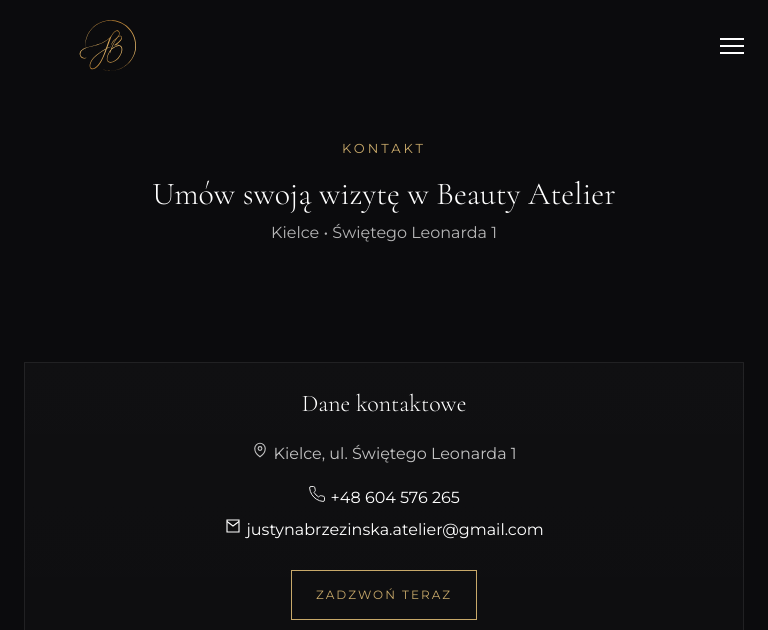
Repository: justynabrzezinskaatelier-bot/justynabrzezinska
Page: /kontakt
An editor plug-in stored every save of this project. The page is shown before and after the next save, followed by the edit.
The browser window is 768 px wide. The pictures show the part of the page from y = 0 to 630 px (the page is 1069 px tall before and 1009 px after).
Pictures or frames that could not be fetched are drawn as grey boxes. The project was rebuilt for these pictures with package versions that can differ from the ones it lists, and the page was loaded fresh each time. The framework's server and built-in components were replaced by stand-ins that run in the browser. Also part of the build but not shown: next.config.ts.

Above is the page before, as saved 2026-05-08 18:51:17.

### src/app/layout.tsx
import type { Metadata, Viewport } from "next";
import { Cormorant_Garamond, Montserrat } from "next/font/google";
import Navbar from "@/components/Navbar/Navbar";

import "@/styles/globals.css";

const cormorant = Cormorant_Garamond({
  subsets: ["latin"],
  variable: "--font-heading",
});

const montserrat = Montserrat({
  subsets: ["latin"],
  variable: "--font-body",
});

export const metadata: Metadata = {
  title: "Justyna Brzezińska Beauty Atelier",
  description:
    "Makijaż i stylizacja włosów w Kielcach. Makeup & Hair Studio.",

  icons: {
    icon: [
      {
        url: "/favicon.ico",
      },
      {
        url: "/favicon.svg",
        type: "image/svg+xml",
      },
      {
        url: "/favicon-96x96.png",
        sizes: "96x96",
        type: "image/png",
      },
    ],

    apple: "/apple-touch-icon.png",

    shortcut: "/favicon.ico",
  },

  manifest: "/site.webmanifest",

  appleWebApp: {
    title: "JB Atelier",
  },
};

export const viewport: Viewport = {
  themeColor: "#0a0a0a",
};

export default function RootLayout({
  children,
}: Readonly<{
  children: React.ReactNode;
}>) {
  return (
    <html lang="pl">
      <body className={`${cormorant.variable} ${montserrat.variable}`}>
        <Navbar />
        {children}
      </body>
    </html>
  );
}

### src/app/kontakt/page.tsx
import styles from "./Kontakt.module.css";

export const metadata = {
    title: "Kontakt | Beauty Atelier Kielce",
    description:
        "Skontaktuj się z Justyna Brzezińska Beauty Atelier w Kielcach. Makijaż ślubny, okolicznościowy i stylizacja włosów.",
};

export default function KontaktPage() {
    return (
        <main className={styles.page}>

            {/* HERO */}
            <section className={styles.hero}>
                <p className={styles.label}>Kontakt</p>

                <h1 className={styles.title}>
                    Umów swoją wizytę w Beauty Atelier
                </h1>

                <p className={styles.subtitle}>
                    Kielce • Świętego Leonarda 1
                </p>
            </section>

            {/* CONTENT */}
            <section className={styles.content}>

                {/* CARD */}
                <div className={styles.card}>
                    <h2>Dane kontaktowe</h2>

                    {/* ADDRESS */}
                    <div className={styles.row}>

                        <p><IconPin /> Kielce, ul. Świętego Leonarda 1</p>
                    </div>

                    {/* PHONE */}
                    <div className={styles.row}>

                        <a href="tel:+48604576265">
                            <IconPhone /> +48 604 576 265
                        </a>
                    </div>

                    {/* EMAIL */}
                    <div className={styles.row}>

                        <a
                            href="mailto:justynabrzezinska.atelier@gmail.com?subject=Rezerwacja wizyty Beauty Atelier&body=Dzień dobry,%0D%0AChciałabym umówić wizytę."
                        >
                            <IconMail /> justynabrzezinska.atelier@gmail.com
                        </a>
                    </div>

                    <a className={styles.cta} href="tel:+48604576265">
                        Zadzwoń teraz
                    </a>
                </div>

                {/* MAP */}
                <div className={styles.mapWrapper}>
                    <iframe
                        title="Beauty Atelier Kielce"
                        src="https://www.google.com/maps/embed?pb=!1m18!1m12!1m3!1d2517.940894662408!2d20.63242807581087!3d50.86929395711909!2m3!1f0!2f0!3f0!3m2!1i1024!2i768!4f13.1!3m3!1m2!1s0x47182788135d02d9%3A0x621e00686da80630!2sJustyna%20Brzezi%C5%84ska%20Beauty%20Atelier%20-%20Make%20Up%20%26%20Hair%20Studio!5e0!3m2!1spl!2spl!4v1778258333331!5m2!1spl!2spl"
                        loading="lazy"
                        referrerPolicy="no-referrer-when-downgrade"
                        allowFullScreen
                    />
                </div>

            </section>
        </main>
    );
}
function IconPin() {
    return (
        <svg width="18" height="18" viewBox="0 0 24 24" fill="none">
            <path
                d="M12 21s7-4.35 7-11a7 7 0 1 0-14 0c0 6.65 7 11 7 11z"
                stroke="currentColor"
                strokeWidth="1.5"
            />
            <circle
                cx="12"
                cy="10"
                r="2.5"
                stroke="currentColor"
                strokeWidth="1.5"
            />
        </svg>
    );
}

function IconPhone() {
    return (
        <svg width="18" height="18" viewBox="0 0 24 24" fill="none">
            <path
                d="M22 16.92v3a2 2 0 0 1-2.18 2
        19.79 19.79 0 0 1-8.63-3.07
        19.5 19.5 0 0 1-6-6
        19.79 19.79 0 0 1-3.07-8.67A2 2 0 0 1 4.11 2h3a2 2 0 0 1 2 1.72
        c.12.86.31 1.7.57 2.5a2 2 0 0 1-.45 2.11L8.09 9.91
        a16 16 0 0 0 6 6l1.58-1.14a2 2 0 0 1 2.11-.45
        c.8.26 1.64.45 2.5.57A2 2 0 0 1 22 16.92z"
                stroke="currentColor"
                strokeWidth="1.2"
            />
        </svg>
    );
}

function IconMail() {
    return (
        <svg width="18" height="18" viewBox="0 0 24 24" fill="none">
            <path
                d="M4 4h16v16H4V4z"
                stroke="currentColor"
                strokeWidth="1.5"
            />
            <path
                d="M4 6l8 6 8-6"
                stroke="currentColor"
                strokeWidth="1.5"
            />
        </svg>
    );
}

### src/components/Navbar/Navbar.tsx
"use client";

import { useEffect, useState } from "react";
import Image from "next/image";
import Link from "next/link";
import styles from "./Navbar.module.css";

const links = [
    { label: "Start", href: "/" },
    { label: "Usługi", href: "/uslugi" },
    { label: "Portfolio", href: "/portfolio" },
    { label: "Opinie", href: "/opinie" },
    { label: "Kontakt", href: "/kontakt" },
];

export default function Navbar() {
    const [isOpen, setIsOpen] = useState(false);
    const [isScrolled, setIsScrolled] = useState(false);

    // SCROLL EFFECT
    useEffect(() => {
        const handleScroll = () => {
            setIsScrolled(window.scrollY > 24);
        };

        handleScroll();

        window.addEventListener("scroll", handleScroll, {
            passive: true,
        });

        return () => {
            window.removeEventListener("scroll", handleScroll);
        };
    }, []);

    // BODY SCROLL LOCK
    useEffect(() => {
        document.body.style.overflow = isOpen ? "hidden" : "";

        return () => {
            document.body.style.overflow = "";
        };
    }, [isOpen]);

    const closeMenu = () => setIsOpen(false);

    return (
        <>
            <header
                className={`${styles.header} ${isScrolled ? styles.scrolled : ""
                    }`}
            >
                <div className={styles.inner}>

                    {/* LOGO */}
                    <Link
                        href="/"
                        className={styles.logo}
                        aria-label="Justyna Brzezińska Beauty Atelier"
                    >
                        <Image
                            src="/JB-logo.svg"
                            alt="Justyna Brzezińska Beauty Atelier"
                            width={170}
                            height={55}
                            priority
                        />
                    </Link>

                    {/* DESKTOP NAV */}
                    <nav
                        className={styles.nav}
                        aria-label="Nawigacja główna"
                    >
                        {links.map((link) => (
                            <Link
                                key={link.href}
                                href={link.href}
                                className={styles.navLink}
                            >
                                {link.label}
                            </Link>
                        ))}
                    </nav>

                    {/* CTA */}
                    <Link
                        href="/kontakt"
                        className={styles.cta}
                    >
                        Umów wizytę
                    </Link>

                    {/* BURGER */}
                    <button
                        type="button"
                        className={styles.burger}
                        onClick={() => setIsOpen(true)}
                        aria-label="Otwórz menu"
                        aria-expanded={isOpen}
                        aria-controls="mobile-menu"
                    >
                        <span />
                        <span />
                        <span />
                    </button>
                </div>
            </header>

            {/* OVERLAY */}
            {isOpen && (
                <button
                    type="button"
                    aria-label="Zamknij menu"
                    className={styles.overlay}
                    onClick={closeMenu}
                />
            )}

            {/* MOBILE MENU */}
            <aside
                id="mobile-menu"
                className={`${styles.mobileMenu} ${isOpen ? styles.open : ""
                    }`}
                aria-hidden={!isOpen}
            >
                {/* CLOSE */}
                <button
                    type="button"
                    className={styles.close}
                    onClick={closeMenu}
                    aria-label="Zamknij menu"
                >
                    ×
                </button>

                <div className={styles.mobileContent}>

                    {/* MOBILE LOGO */}
                    <Link
                        href="/"
                        className={styles.mobileLogo}
                        onClick={closeMenu}
                        aria-label="Strona główna"
                    >
                        <Image
                            src="/Logo.svg"
                            alt="Logo Beauty Atelier"
                            width={250}
                            height={250}
                            priority
                        />
                    </Link>

                    {/* MOBILE NAV */}
                    <nav
                        className={styles.mobileNav}
                        aria-label="Menu mobilne"
                    >
                        {links.map((link) => (
                            <Link
                                key={link.href}
                                href={link.href}
                                className={styles.mobileLink}
                                onClick={closeMenu}
                            >
                                {link.label}
                            </Link>
                        ))}
                    </nav>

                    {/* MOBILE CTA */}
                    <Link
                        href="/kontakt"
                        className={styles.mobileCTA}
                        onClick={closeMenu}
                    >
                        Umów wizytę
                    </Link>
                </div>
            </aside>
        </>
    );
}

### src/styles/globals.css
* {
  margin: 0;
  padding: 0;
  box-sizing: border-box;
}

:root {
  --background: #0a0a0a;
  --text: #f5f5f5;

  --gold: #c6a769;
  --gold-light: #e2c78f;

  --pink: #d8b4b4;

  --container: 1280px;

  --font-heading: serif;
  --font-body: sans-serif;
}

html {
  scroll-behavior: smooth;
}

body {
  background: var(--background);
  color: var(--text);
  font-family: var(--font-body);
}

h1,
h2,
h3,
h4 {
  font-family: var(--font-heading);
  font-weight: 500;
  line-height: 1.1;
}

img {
  max-width: 100%;
  display: block;
}

button,
input,
textarea {
  font: inherit;
}

a {
  color: inherit;
  text-decoration: none;
}

.container {
  width: 100%;
  max-width: var(--container);
  margin: 0 auto;
  padding: 0 24px;
}

### src/app/kontakt/Kontakt.module.css
.page {
    background: #0b0b0d;
    color: white;
    min-height: 100vh;
}

/* HERO */
.hero {
    padding: 140px 24px 60px;
    text-align: center;
}

.label {
    color: #c8a96a;
    letter-spacing: 3px;
    text-transform: uppercase;
    font-size: 13px;
}

.title {
    font-size: 44px;
    font-weight: 300;
    margin-top: 20px;
}

.subtitle {
    margin-top: 12px;
    color: rgba(255, 255, 255, 0.7);
}

/* CONTENT */
.content {
    max-width: 1100px;
    margin: 0 auto;
    padding: 60px 24px;

    display: grid;
    grid-template-columns: 1fr 1fr;
    gap: 40px;
}

/* CARD */
.card {
    border: 1px solid rgba(255, 255, 255, 0.08);
    padding: 40px;
    background: linear-gradient(180deg,
            rgba(255, 255, 255, 0.02),
            rgba(255, 255, 255, 0.01));
}

.card h2 {
    font-size: 24px;
    margin-bottom: 20px;
    font-weight: 300;
}

.card p {
    margin-bottom: 12px;
    color: rgba(255, 255, 255, 0.75);
}

.cta {
    display: inline-block;
    margin-top: 24px;
    padding: 12px 24px;
    border: 1px solid #c8a96a;
    color: #c8a96a;
    text-transform: uppercase;
    letter-spacing: 2px;
    font-size: 12px;
}

/* MAP */
.mapWrapper {
    position: relative;
    width: 100%;
    height: 480px;

    border-radius: 18px;
    overflow: hidden;

    border: 1px solid rgba(200, 169, 106, 0.25);

    box-shadow:
        0 20px 60px rgba(0, 0, 0, 0.6),
        inset 0 0 40px rgba(200, 169, 106, 0.08);

    transition: transform 0.3s ease, box-shadow 0.3s ease;
}

/* IFRAME */
.mapWrapper iframe {
    width: 100%;
    height: 100%;
    border: 0;

    /* luxury filter */
    filter: grayscale(1) contrast(1.05) brightness(0.95);
    transition: filter 0.4s ease;
}

/* HOVER PREMIUM EFFECT */
.mapWrapper:hover {
    transform: translateY(-4px);
    box-shadow:
        0 30px 80px rgba(0, 0, 0, 0.7),
        0 0 40px rgba(200, 169, 106, 0.12);
}

.mapWrapper:hover iframe {
    filter: grayscale(0.6) contrast(1.1) brightness(1);
}

/* MOBILE */
@media (max-width: 768px) {
    .mapWrapper {
        height: 320px;
        border-radius: 14px;
    }
}

/* MOBILE */
@media (max-width: 900px) {
    .content {
        grid-template-columns: 1fr;
    }

    .card {
        padding: 28px;
        display: flex;
        flex-direction: column;
        align-items: center;
        justify-content: center;
        line-height: 2;
    }

    .title {
        font-size: 32px;
    }
}

### src/components/Navbar/Navbar.module.css
.header {
    position: fixed;
    top: 0;
    width: 100%;
    z-index: 100;
    transition: all 0.3s ease;
}

.scrolled {
    background: rgba(11, 11, 13, 0.6);
    backdrop-filter: blur(12px);
    border-bottom: 1px solid rgba(200, 169, 106, 0.15);
}

.inner {
    max-width: 1200px;
    margin: 0 auto;
    padding: 18px 24px;
    display: flex;
    align-items: center;
    justify-content: space-between;
}

/* LOGO */
.logo {
    display: flex;
    align-items: center;
}

/* NAV */
.nav {
    display: flex;
    gap: 32px;
}

.nav a {
    color: #fff;
    font-size: 14px;
    letter-spacing: 1px;
    text-transform: uppercase;
    opacity: 0.8;
    transition: 0.3s;
}

.nav a:hover {
    opacity: 1;
    color: #c8a96a;
}

/* CTA */
.cta {
    padding: 10px 18px;
    border: 1px solid #c8a96a;
    color: #c8a96a;
    font-size: 13px;
    text-transform: uppercase;
    letter-spacing: 1px;
    transition: 0.3s;
}

.cta:hover {
    background: #c8a96a;
    color: #0b0b0d;
}

/* BURGER */
.burger {
    display: none;
    flex-direction: column;
    gap: 5px;
    background: none;
    border: none;
}

.burger span {
    width: 24px;
    height: 2px;
    background: white;
    transition: 0.3s;
}

/* OVERLAY */
.overlay {
    position: fixed;
    inset: 0;
    background: rgba(0, 0, 0, 0.6);
    backdrop-filter: blur(8px);
    z-index: 90;
}

/* MOBILE MENU */
.mobileMenu {
    position: fixed;
    inset: 0;
    width: 100vw;
    height: 100vh;
    background: rgba(11, 11, 13, 0.98);
    backdrop-filter: blur(18px);
    z-index: 1000;

    display: flex;
    justify-content: center;
    align-items: center;

    opacity: 0;
    pointer-events: none;
    transition: opacity 0.4s ease;
}

/* OPEN STATE */
.open {
    opacity: 1;
    pointer-events: all;
}

.mobileContent {
    display: flex;
    flex-direction: column;
    align-items: center;
    text-align: center;
    gap: 40px;

    transform: scale(0.98);
    animation: fadeIn 0.5s ease forwards;
}

/* LOGO */
.mobileLogo {
    margin-bottom: 10px;
}

/* NAV LINKS - LUXURY TYPOGRAPHY */
.mobileNav {
    display: flex;
    flex-direction: column;
    gap: 22px;
}

.mobileNav a {
    font-size: 22px;
    letter-spacing: 2px;
    text-transform: uppercase;
    color: #ffffff;
    opacity: 0.75;
    transition: 0.3s;
}

.mobileNav a:hover {
    opacity: 1;
    color: #c8a96a;
}

/* CTA */
.mobileCTA {
    margin-top: 20px;
    padding: 14px 28px;
    border: 1px solid #c8a96a;
    color: #c8a96a;
    text-transform: uppercase;
    letter-spacing: 2px;
    font-size: 13px;
    transition: 0.3s;
}

.mobileCTA:hover {
    background: #c8a96a;
    color: #0b0b0d;
}

/* CLOSE BUTTON */
.close {
    position: absolute;
    top: 24px;
    right: 24px;
    font-size: 36px;
    background: none;
    border: none;
    color: white;
    opacity: 0.6;
    transition: 0.3s;
}

.close:hover {
    opacity: 1;
}

/* ANIMATION */
@keyframes fadeIn {
    from {
        opacity: 0;
        transform: scale(0.96);
    }

    to {
        opacity: 1;
        transform: scale(1);
    }
}

/* RESPONSIVE */
@media (max-width: 900px) {

    .nav,
    .cta {
        display: none;
    }

    .burger {
        display: flex;
    }
}

After the next save:
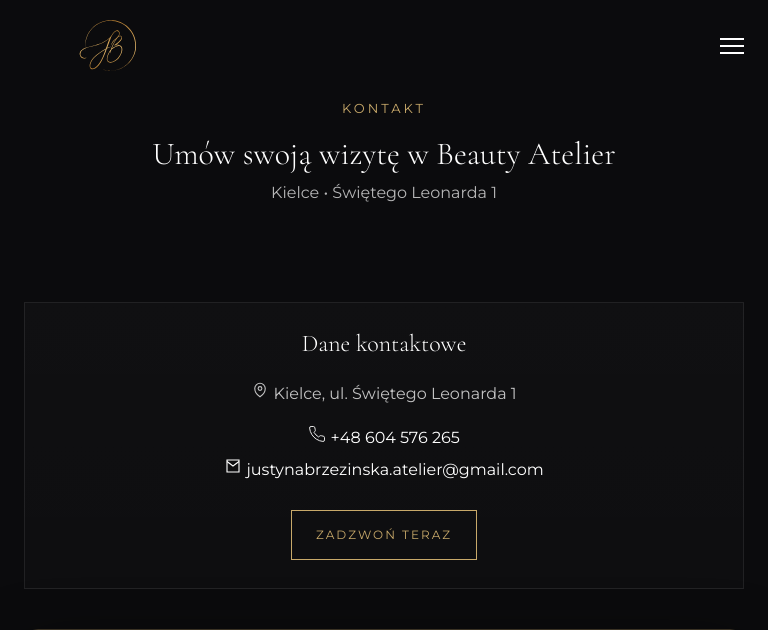
Saved 67 s later.
--- a/src/app/kontakt/Kontakt.module.css
+++ b/src/app/kontakt/Kontakt.module.css
@@ -125,6 +125,10 @@
         grid-template-columns: 1fr;
     }
 
+    .hero {
+        padding: 100px 20px 40px;
+    }
+
     .card {
         padding: 28px;
         display: flex;
@@ -134,6 +138,7 @@
         line-height: 2;
     }
 
+
     .title {
         font-size: 32px;
     }
